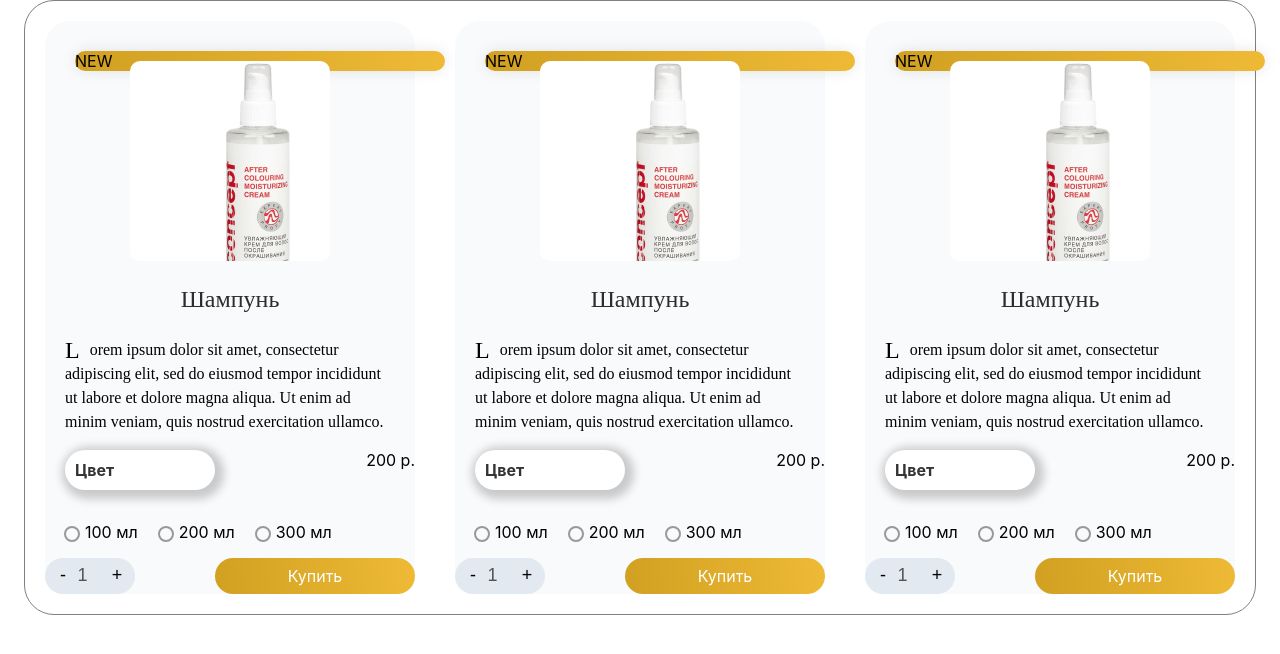
Repository: MiroslavWise/shamptu
Page: /
An editor plug-in stored every save of this project. The page is shown before and after the next save, followed by the edit.
The browser window is 1280 px wide. The pictures show the whole page.
The project was rebuilt for these pictures with package versions that can differ from the ones it lists, and the page was loaded fresh each time. Also part of the build but not shown: src/App.css.

Above is the page before, as saved 2022-02-17 16:59:18.

After the next save:
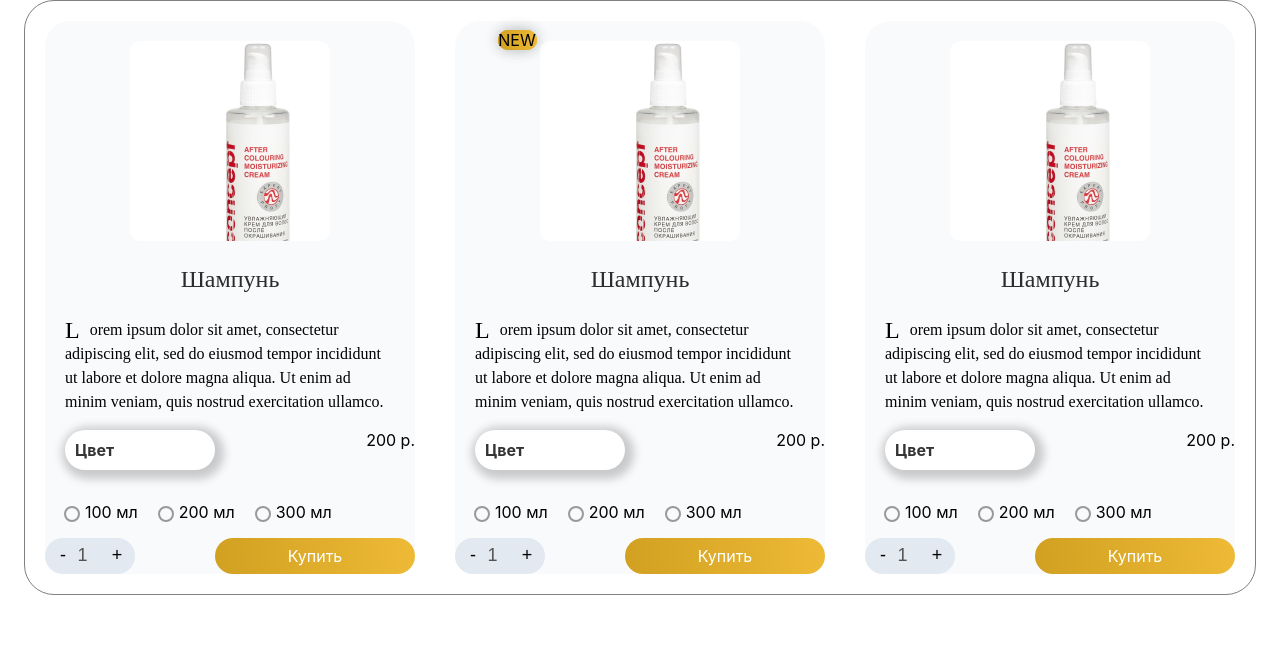
Saved 39 s later.
--- a/src/components/items/style.css
+++ b/src/components/items/style.css
@@ -5,6 +5,9 @@
     background: linear-gradient(261.65deg, #EFBB37 -3.95%, #CF9E1F 109.44%);
     box-shadow: 0px 0px 15px rgba(0, 0, 0, 0.1);
     border-radius: 30px;
+    position: absolute;
+left: 38.93%;
+right: 58.08%;
 }
 
 .container{

After the save that followed:
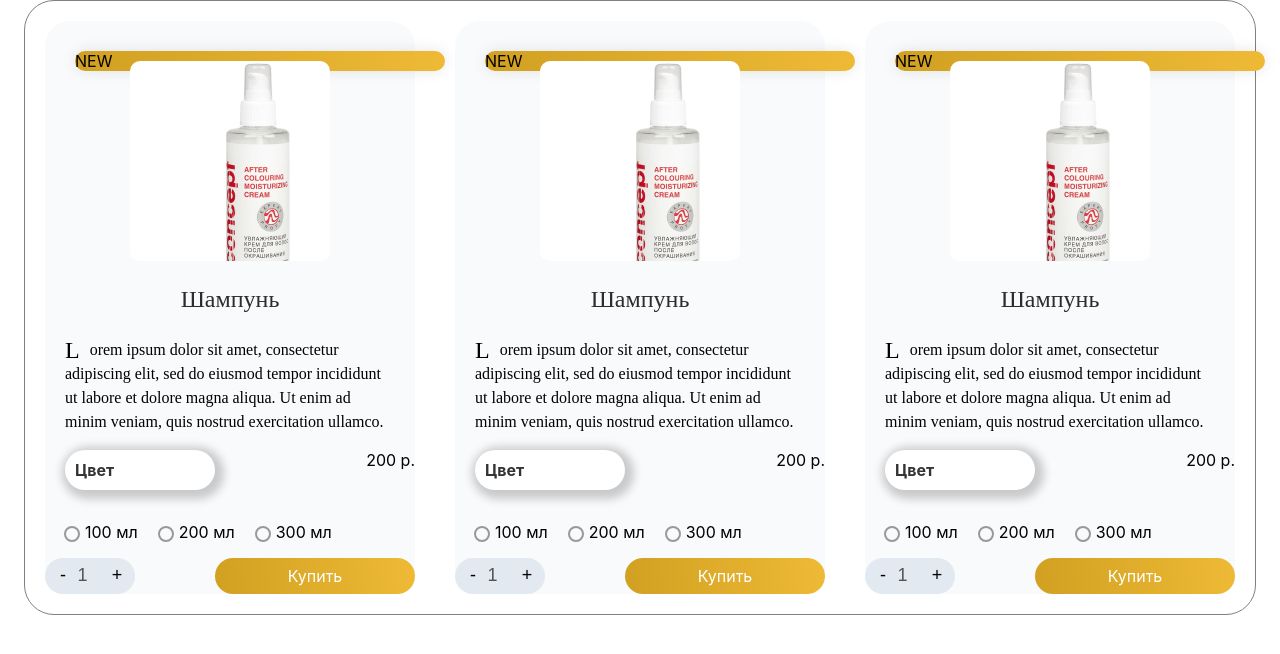
Saved 18 s later.
--- a/src/components/items/style.css
+++ b/src/components/items/style.css
@@ -5,9 +5,6 @@
     background: linear-gradient(261.65deg, #EFBB37 -3.95%, #CF9E1F 109.44%);
     box-shadow: 0px 0px 15px rgba(0, 0, 0, 0.1);
     border-radius: 30px;
-    position: absolute;
-left: 38.93%;
-right: 58.08%;
 }
 
 .container{
